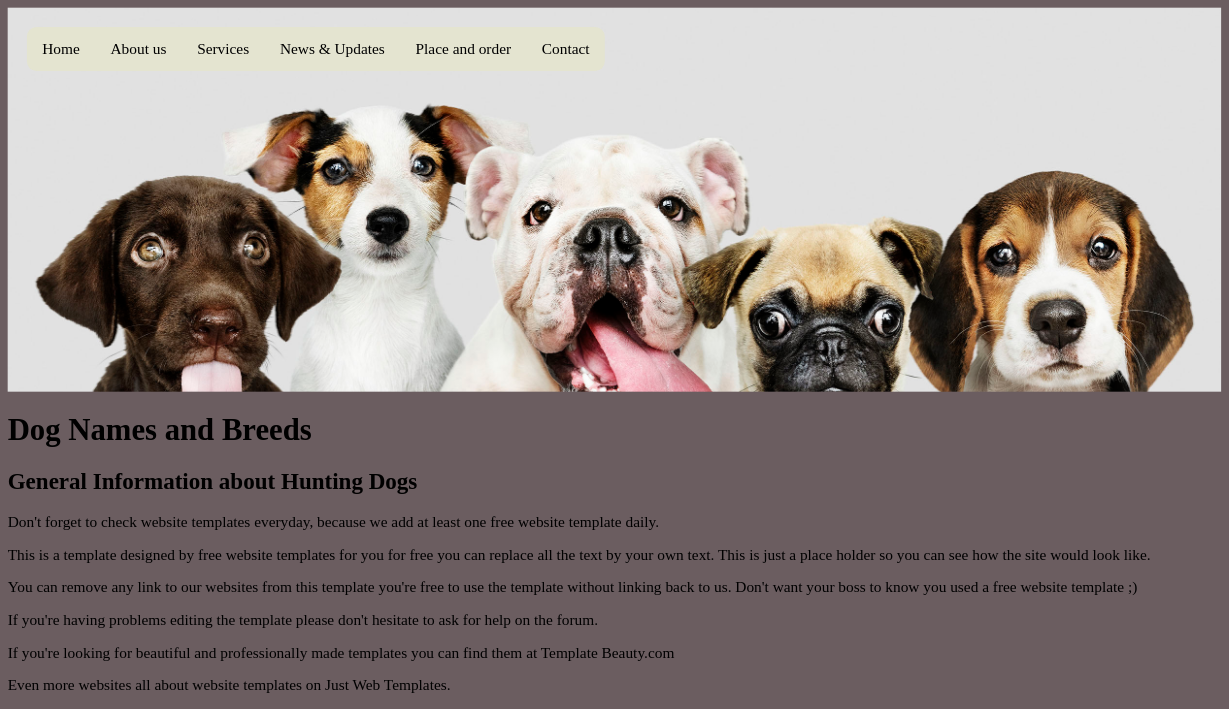
Repository: Tayma-Kazmouz/labwork
Page: index.html
The author's editor kept a copy of each file at every save. The page is drawn from the files as they stood at one save, then again after the next save.
The browser window is 1280 px wide. The pictures show the whole page, at 96% of full size.

Above is the page before, as saved 2022-04-04 16:30:02.

### index.html
<!DOCTYPE html>
<html lang="en">
<head>
    <meta charset="UTF-8">
    <meta http-equiv="X-UA-Compatible" content="IE=edge">
    <meta name="viewport" content="width=device-width, initial-scale=1.0">
    <title>LabWork1</title>
    <link rel="stylesheet" href="styles.css">
</head>
<body>
    <div class="banner">
          <div class="nav">
            <ul>
                <li><a class="active" href="#">Home</a></li>
                <li><a href="#">About us</a></li>
                <li><a href="#">Services</a></li>
                <li><a href="#">News & Updates</a></li>
                <li><a href="#">Place and order</a></li>
                <li><a href="#">Contact</a></li>
            </ul>
        </div>
      </div>
      <h1>Dog Names and Breeds</h1>
      <div>
          <h2>General Information about Hunting Dogs</h2>
          <p>Don't forget to check website templates everyday, because we add at least one free website template daily.</p>
          <p>This is a template designed by free website templates for you for free you can replace all the text by your own text. This is just a place holder so you can see how the site would look like.</p>
          <p>You can remove any link to our websites from this template you're free to use the template without linking back to us. Don't want your boss to know you used a free website template ;)</p>
          <p>If you're having problems editing the template please don't hesitate to ask for help on the forum.</p>
          <p>If you're looking for beautiful and professionally made templates you can find them at Template Beauty.com</p>
          <p>Even more websites all about website templates on Just Web Templates.</p>
      </div>
</body>
</html>

### styles.css
body{
    background-color: rgb(107, 93, 96);
}

.banner{
    background-image: url(images/banner.jpg);
    height: 400px;
    position: relative;
    background-position: center;
    background-repeat: no-repeat;
    background-size: cover;
}

.nav{
    background-color: rgb(228, 228, 208);
    border-radius: 10px;
    width: auto;
    position: absolute;
    margin: 20px;
}
ul {
    list-style-type: none;
    margin: 0;
    padding: 0;
    overflow: hidden;
  }

  li {
    float: left;
  }

  li a {
    display: block;
    color: black;
    text-align: center;
    padding: 14px 16px;
    text-decoration: none;
  }

After the next save:
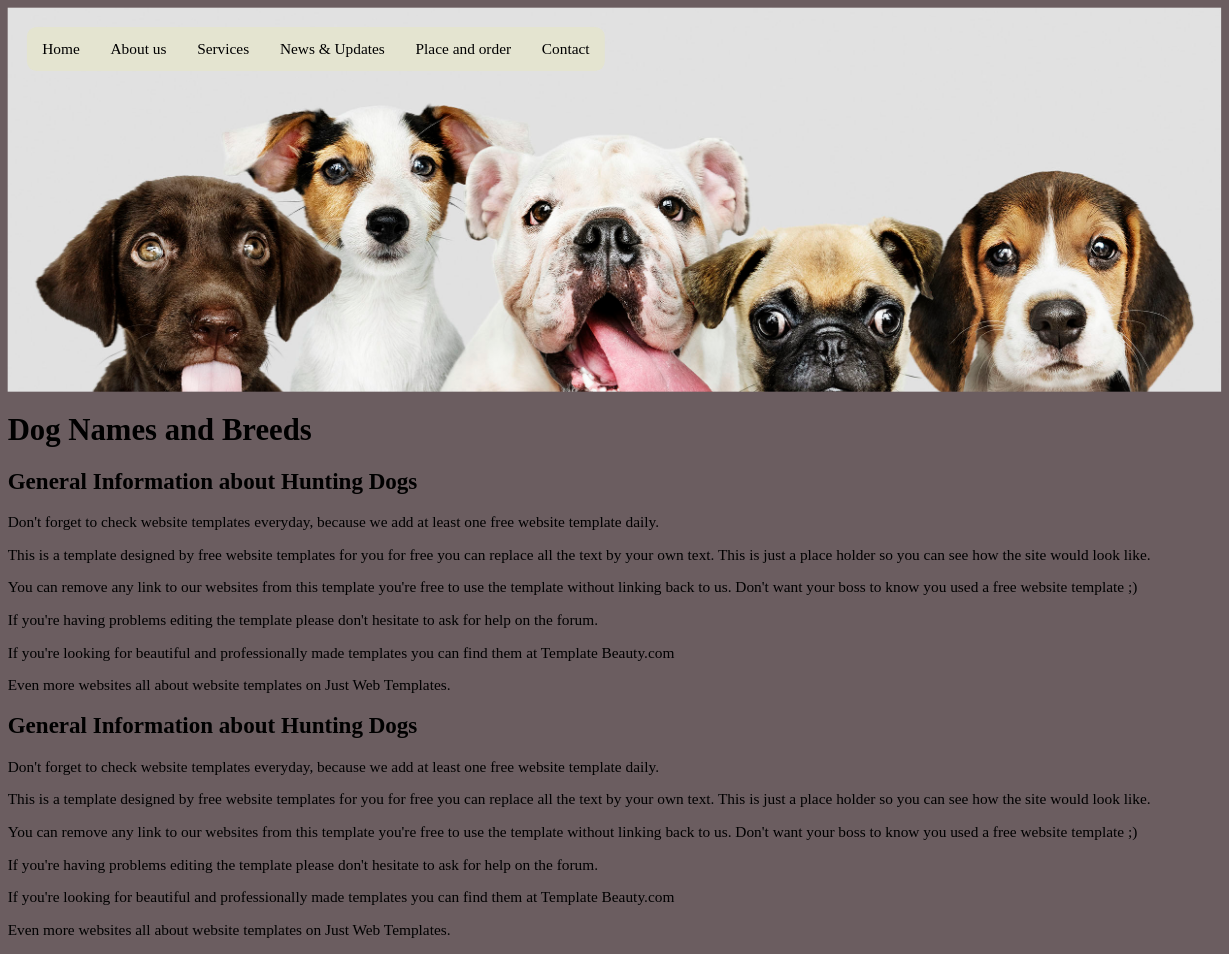
Saved 51 s later.
--- a/index.html
+++ b/index.html
@@ -22,6 +22,15 @@
       </div>
       <h1>Dog Names and Breeds</h1>
       <div>
+
+          <h2>General Information about Hunting Dogs</h2>
+          <p>Don't forget to check website templates everyday, because we add at least one free website template daily.</p>
+          <p>This is a template designed by free website templates for you for free you can replace all the text by your own text. This is just a place holder so you can see how the site would look like.</p>
+          <p>You can remove any link to our websites from this template you're free to use the template without linking back to us. Don't want your boss to know you used a free website template ;)</p>
+          <p>If you're having problems editing the template please don't hesitate to ask for help on the forum.</p>
+          <p>If you're looking for beautiful and professionally made templates you can find them at Template Beauty.com</p>
+          <p>Even more websites all about website templates on Just Web Templates.</p>
+
           <h2>General Information about Hunting Dogs</h2>
           <p>Don't forget to check website templates everyday, because we add at least one free website template daily.</p>
           <p>This is a template designed by free website templates for you for free you can replace all the text by your own text. This is just a place holder so you can see how the site would look like.</p>
